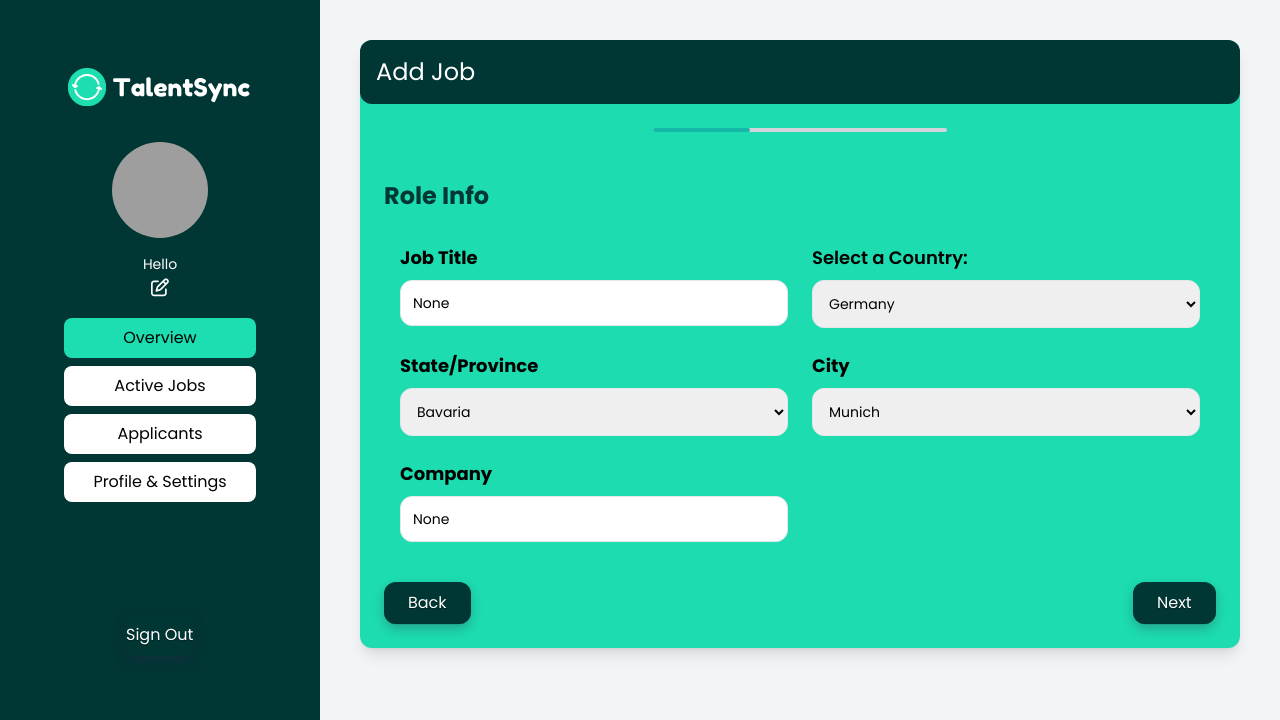
Repository: AbdullahScriptStudio/TalentSync
Page: http://localhost/recruiter/create/step1/
An editor plug-in stored every save of this project. The page is shown before and after the next save, followed by the edit.
The browser window is 1280 px wide. The pictures show the whole page.
Pictures or frames that could not be fetched are drawn as grey boxes. Some web libraries are served in a nearby version. The page is served by the project's application, run on Django 5.2 (manage.py). Other server files are loaded and not shown.

Above is the page before, as saved 2025-03-25 16:25:03.

### recruiter/templates/recruiter/job_form_step1.html
<!DOCTYPE html>
<html lang="en">
{% load static %}

<head>
    <meta charset="UTF-8">
    <meta name="viewport" content="width=device-width, initial-scale=1.0">
    <script src="https://cdn.tailwindcss.com"></script>
    <link rel="stylesheet" href="https://cdnjs.cloudflare.com/ajax/libs/font-awesome/6.0.0-beta3/css/all.min.css">
    <title>Overview Dashboard</title>
    <style>
        @import url('https://fonts.googleapis.com/css2?family=Inter:ital,opsz,wght@0,14..32,100..900;1,14..32,100..900&family=Poppins:ital,wght@0,100;0,200;0,300;0,400;0,500;0,600;0,700;0,800;0,900;1,100;1,200;1,300;1,400;1,500;1,600;1,700;1,800;1,900&display=swap');

        body {
            font-family: "Poppins", sans-serif;
            background-color: white;
        }

        button {
            font-size: 18px;
            display: inline-block;
            outline: 0;
            border: 0;
            cursor: pointer;
            will-change: box-shadow, transform;
            background: radial-gradient(100% 100% at 100% 0%, #003634 0%, #003634 100%);
            box-shadow: 0px 0.01em 0.01em rgb(45 35 66 / 40%), 0px 0.3em 0.7em -0.01em rgb(45 35 66 / 30%), inset 0px -0.01em 0px rgb(0 54 52 / 50%);
            padding: 0 2em;
            border-radius: 0.3em;
            color: #fff;
            height: 2.6em;
            text-shadow: 0 1px 0 rgb(0 0 0 / 40%);
            transition: box-shadow 0.15s ease, transform 0.15s ease;
        }

        button:hover {
            box-shadow: 0px 0.1em 0.2em rgb(0 54 52 / 40%), 0px 0.4em 0.7em -0.1em rgb(0 54 52 / 30%), inset 0px -0.1em 0px #003634;
            transform: translateY(-0.1em);
        }

        button:active {
            box-shadow: inset 0px 0.1em 0.6em #003634;
            transform: translateY(0em);
        }
    </style>
</head>

<body class="bg-gray-100">
    <div class="flex min-h-screen">
        <!-- Sidebar -->
        <div class="bg-[#003634] text-white w-1/4 p-6 flex flex-col items-center fixed h-full" style="padding: 4rem;">
            <div class="flex items-center mb-8">
                <img alt="TalentSync logo" class="w-48 h-auto" src="{% static 'images/logo.svg' %}" />
            </div>
            <img alt="Profile picture of John Smith" class="w-24 h-24 rounded-full mb-4" height="100" src="{% static 'images/dog-profile.svg' %}" width="100" />
            <div class="text-center mb-4">
                <p class="text-sm">Hello</p>
                <p class="text-lg">{{ user.first_name }} {{ user.last_name }} <i class="fa-regular fa-pen-to-square"></i></p>
            </div>
            <nav class="flex flex-col w-full">
                <a href="overviewDashboard.html" class="bg-[#1cdeb0] text-white py-2 px-4 rounded mb-2" style="border-radius: 0.5rem;color: rgb(0 0 0); text-align: center;">Overview</a>
                <a href="aciveJobsDashboard.html" class="bg-white text-teal-900 py-2 px-4 rounded mb-2" style="border-radius: 0.5rem;color: rgb(0 0 0); text-align: center;">Active Jobs</a>
                <a href="applicantsDashboard.html" class="bg-white text-teal-900 py-2 px-4 rounded mb-2" style="border-radius: 0.5rem;color: rgb(0 0 0); text-align: center;">Applicants</a>
                <a href="#" class="bg-white text-teal-900 py-2 px-4 rounded mb-2" style="border-radius: 0.5rem;color: rgb(0 0 0); text-align: center;">Profile &amp; Settings</a>
            </nav>
            <button class="mt-auto text-white">Sign Out</button>
        </div>

        <!-- Main Content -->
        <div class="flex-1 p-10 ml-[25%] overflow-y-auto">
            <div class="bg-[#1dddb0] rounded-xl shadow-lg">
                <div>
                    <h2 class="bg-[#003634] text-white font-normal text-2xl mb-6 p-4 rounded-xl">Add Job</h2>
                </div>

                <!-- Progress Bar -->
                <div class="flex justify-center mb-6">
                    <div class="w-1/3 h-1 bg-gray-300 rounded-full">
                        <div class="h-full bg-teal-500 rounded-full" style="width: 33%;"></div> <!-- 33% for step 1 -->
                    </div>
                </div>

                <div class="p-6">
                    <h3 class="text-2xl font-bold text-[#003634] mb-4">Role Info</h3>
                    <form method="POST">
                        {% csrf_token %}
                        <div class="grid grid-cols-1 md:grid-cols-2 gap-6 p-4">
                            <div>
                                <label class="block text-lg font-bold mb-2">Job Title</label>
                                <input class="w-full p-3 text-sm border rounded-xl focus:outline-none focus:ring-2 focus:ring-teal-500" type="text" name="title" placeholder="Enter Job Title" value="{{ form.title.value }}" required />
                            </div>
                            <div>
                                <label class="block text-lg font-semibold mb-2">Select a Country:</label>
                                <select class="w-full p-3 text-sm border rounded-xl focus:outline-none focus:ring-2 focus:ring-teal-500" name="country" required>
                                    <option value="DE" selected>Germany</option>
                                </select>
                            </div>
                            <div>
                                <label for="states" class="block text-lg font-bold mb-2">State/Province</label>
                                <select class="w-full p-3 text-sm border rounded-xl focus:outline-none focus:ring-2 focus:ring-teal-500" name="state_province" required>
                                    <option value="Bavaria">Bavaria</option>
                                    <option value="Berlin">Berlin</option>
                                    <!-- Add more states -->
                                </select>
                            </div>
                            <div>
                                <label for="cities" class="block text-lg font-bold mb-2">City</label>
                                <select class="w-full p-3 text-sm border rounded-xl focus:outline-none focus:ring-2 focus:ring-teal-500" name="city" required>
                                    <option value="Munich">Munich</option>
                                    <option value="Berlin">Berlin</option>
                                    <!-- Add more cities -->
                                </select>
                            </div>
                            <div>
                                <label class="block text-lg font-bold mb-2">Company</label>
                                <input class="w-full p-3 text-sm border rounded-xl focus:outline-none focus:ring-2 focus:ring-teal-500" type="text" name="company" placeholder="Enter Company Name" value="{{ form.company.value }}" required />
                            </div>
                        </div>

                        <div class="flex justify-between mt-6">
                            <button class="bg-[#003634] text-white py-2 px-6 rounded-xl" type="button" onclick="window.location.href='/create/step0'">Back</button>
                            <button class="bg-[#003634] text-white py-2 px-6 rounded-xl" type="submit">Next</button>
                        </div>
                    </form>
                </div>
            </div>
        </div>
    </div>
</body>

</html>

### recruiter/forms.py
from django import forms

class JobPostFormStep1(forms.Form):
    title = forms.CharField(max_length=255, required=True, widget=forms.TextInput(attrs={'placeholder': 'Enter Job Title'}))
    company = forms.CharField(max_length=255, required=True, widget=forms.TextInput(attrs={'placeholder': 'Enter Company Name'}))
    country = forms.ChoiceField(choices=[('DE', 'Germany')], required=True)
    state_province = forms.ChoiceField(choices=[('Bavaria', 'Bavaria'), ('Berlin', 'Berlin')], required=True)
    city = forms.ChoiceField(choices=[('Munich', 'Munich'), ('Berlin', 'Berlin')], required=True)




class JobPostFormStep2(forms.Form):
    JOB_TYPES = [
        ('full_time', 'Full-time'),
        ('part_time', 'Part-time'),
        ('contract', 'Contract'),
        ('freelance', 'Freelance'),
        ('temporary', 'Temporary'),
    ]

    SALARY_CURRENCY_CHOICES = [
        ('EUR', 'Euro (EUR)'),
        ('USD', 'United States Dollar (USD)'),
        ('GBP', 'British Pound (GBP)'),
        ('AUD', 'Australian Dollar (AUD)'),
        ('CAD', 'Canadian Dollar (CAD)'),
    ]

    job_type = forms.ChoiceField(choices=JOB_TYPES)
    min_experience = forms.IntegerField(min_value=0)
    max_experience = forms.IntegerField(min_value=0)
    min_salary = forms.DecimalField(max_digits=10, decimal_places=2)
    max_salary = forms.DecimalField(max_digits=10, decimal_places=2)
    salary_currency = forms.ChoiceField(choices=SALARY_CURRENCY_CHOICES)
    skills_required = forms.CharField(max_length=500)  # Comma separated skills
    department = forms.CharField(max_length=100)
    job_status = forms.ChoiceField(choices=[('open', 'Open'), ('closed', 'Closed'), ('paused', 'Paused')])
    is_remote = forms.BooleanField(required=False)



class JobPostFormStep3(forms.Form):
    job_description = forms.CharField(
        widget=forms.Textarea(attrs={'class': 'w-full p-3 text-sm border rounded-xl', 'placeholder': 'Enter the job description here...'}),
        required=True,
        error_messages={'required': 'Job description is required!'}
    )

### recruiter/views.py
from django.shortcuts import render, redirect
from .models import JobPost
#from .forms import JobPostForm  # We'll create this form next
from .forms import JobPostFormStep1, JobPostFormStep2, JobPostFormStep3




# View to list all job posts
def job_list(request):
    job_posts = JobPost.objects.all()
    return render(request, 'recruiter/job_list.html', {'job_posts': job_posts})

# View to show details of a single job post
def job_detail(request, pk):
    job_post = JobPost.objects.get(pk=pk)
    return render(request, 'recruiter/job_detail.html', {'job_post': job_post})

# View to create a new job post
def job_create_step1(request):
    if request.method == 'POST':
        form = JobPostFormStep1(request.POST)
        if form.is_valid():
            # Save the form data in session
            request.session['job_title'] = form.cleaned_data['title']
            request.session['company'] = form.cleaned_data['company']
            request.session['country'] = form.cleaned_data['country']
            request.session['state_province'] = form.cleaned_data['state_province']
            request.session['city'] = form.cleaned_data['city']

            return redirect('job_create_step2')  # Proceed to next step
    else:
        form = JobPostFormStep1()

    return render(request, 'recruiter/job_form_step1.html', {'form': form})




def job_create_step2(request):
    if request.method == 'POST':
        form = JobPostFormStep2(request.POST)
        if form.is_valid():
            # Save form data in session
            request.session['job_type'] = form.cleaned_data['job_type']
            request.session['min_experience'] = form.cleaned_data['min_experience']
            request.session['max_experience'] = form.cleaned_data['max_experience']
            request.session['min_salary'] = form.cleaned_data['min_salary']
            request.session['max_salary'] = form.cleaned_data['max_salary']
            request.session['salary_currency'] = form.cleaned_data['salary_currency']
            request.session['skills_required'] = form.cleaned_data['skills_required']
            request.session['department'] = form.cleaned_data['department']
            request.session['job_status'] = form.cleaned_data['job_status']
            request.session['is_remote'] = form.cleaned_data['is_remote']

            return redirect('job_create_step3')  # Go to next step
    else:
        form = JobPostFormStep2()

    return render(request, 'recruiter/job_form_step2.html', {'form': form})



def job_create_step3(request):
    if request.method == 'POST':
        form = JobPostFormStep3(request.POST)
        if form.is_valid():
            # Collect data from session (Step 1, Step 2, and Step 3)
            title = request.session.get('title', '')
            company = request.session.get('company', '')
            country = request.session.get('country', 'DE')
            state_province = request.session.get('state_province', 'Bavaria')
            city = request.session.get('city', 'Munich')
            job_type = request.session.get('job_type', 'full_time')
            department = request.session.get('department', '')
            min_experience = request.session.get('min_experience', 0)
            max_experience = request.session.get('max_experience', 0)
            min_salary = request.session.get('min_salary', 0.0)
            max_salary = request.session.get('max_salary', 0.0)
            salary_currency = request.session.get('salary_currency', 'EUR')
            skills_required = request.session.get('skills_required', '')
            job_description = form.cleaned_data['job_description']
            job_status = request.session.get('job_status', 'open')  # This was collected in Step 2

            # Save the data to the database
            job_post = JobPost(
                title=title,
                company=company,
                country=country,
                state_province=state_province,
                city=city,
                job_type=job_type,
                department=department,
                min_experience=min_experience,
                max_experience=max_experience,
                min_salary=min_salary,
                max_salary=max_salary,
                salary_currency=salary_currency,
                skills_required=skills_required,
                job_description=job_description,
                status=job_status
            )
            job_post.save()

            # Optionally, you can clear session data if not needed anymore
            request.session.flush()

            # Redirect to a summary or success page
            return redirect('job_create_summary')  # This is a hypothetical summary page
    else:
        form = JobPostFormStep3()

    return render(request, 'recruiter/job_form_step3.html', {'form': form})

### talentsync/urls.py
"""
URL configuration for talentsync project.

The `urlpatterns` list routes URLs to views. For more information please see:
    https://docs.djangoproject.com/en/5.1/topics/http/urls/
Examples:
Function views
    1. Add an import:  from my_app import views
    2. Add a URL to urlpatterns:  path('', views.home, name='home')
Class-based views
    1. Add an import:  from other_app.views import Home
    2. Add a URL to urlpatterns:  path('', Home.as_view(), name='home')
Including another URLconf
    1. Import the include() function: from django.urls import include, path
    2. Add a URL to urlpatterns:  path('blog/', include('blog.urls'))
"""
from django.contrib import admin
from django.urls import path, include
from django.conf import settings
from django.conf.urls.static import static

urlpatterns = [
    path('admin/', admin.site.urls),
    path('recruiter/', include('recruiter.urls')),
    #path('applicant/', include('applicant.urls')),
]


if settings.DEBUG:
    urlpatterns += static(settings.MEDIA_URL, document_root=settings.MEDIA_ROOT)

### recruiter/urls.py
from django.urls import path
from . import views
from django.conf.urls.static import static
from django.conf import settings



urlpatterns = [


    #adding new job
    path('create/step1/', views.job_create_step1, name='job_create_step1'),
    path('create/step2/', views.job_create_step2, name='job_create_step2'),
    path('create/step3/', views.job_create_step3, name='job_create_step3'),
]



if settings.DEBUG:
    urlpatterns += static(settings.MEDIA_URL, document_root=settings.MEDIA_ROOT)

Loaded but not shown: static/images/logo.svg (1 lines, source omitted)

After the next save:
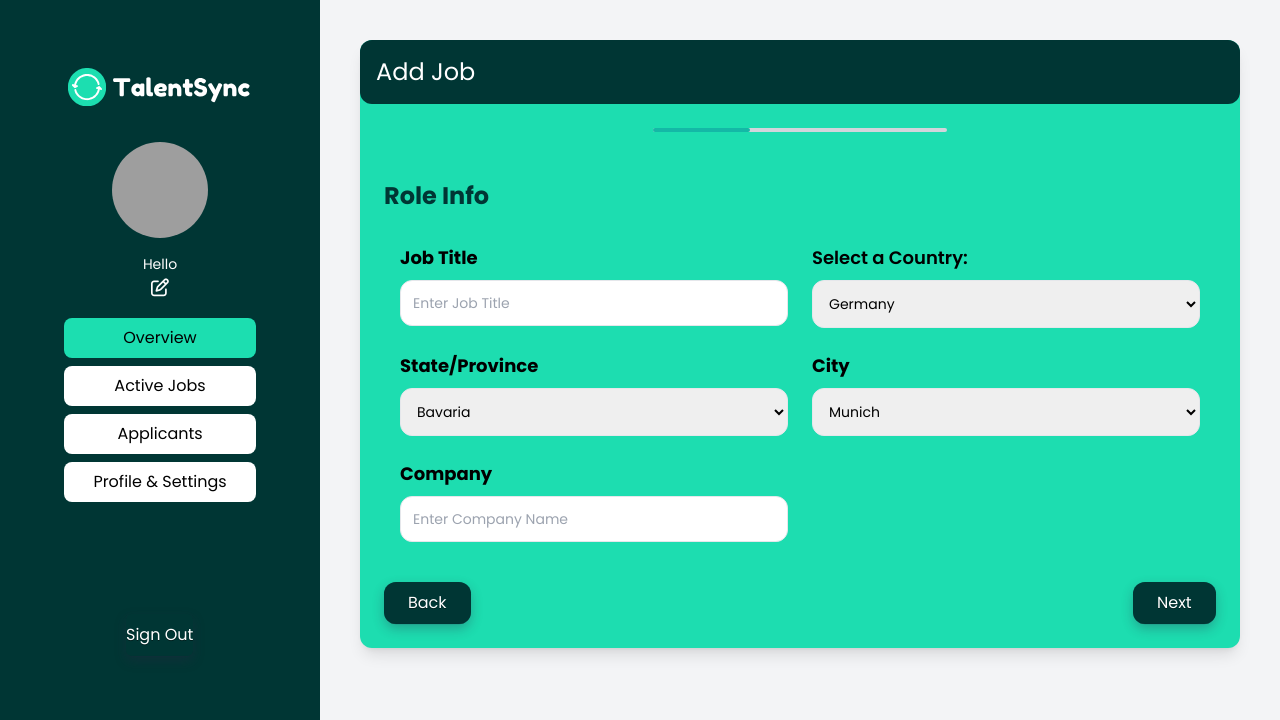
Saved 84 s later.
--- a/recruiter/templates/recruiter/job_form_step1.html
+++ b/recruiter/templates/recruiter/job_form_step1.html
@@ -87,7 +87,7 @@
                         <div class="grid grid-cols-1 md:grid-cols-2 gap-6 p-4">
                             <div>
                                 <label class="block text-lg font-bold mb-2">Job Title</label>
-                                <input class="w-full p-3 text-sm border rounded-xl focus:outline-none focus:ring-2 focus:ring-teal-500" type="text" name="title" placeholder="Enter Job Title" value="{{ form.title.value }}" required />
+                                <input class="w-full p-3 text-sm border rounded-xl focus:outline-none focus:ring-2 focus:ring-teal-500" type="text" name="title" placeholder="Enter Job Title" value="{{ form.title.value|default:'' }}" required />
                             </div>
                             <div>
                                 <label class="block text-lg font-semibold mb-2">Select a Country:</label>
@@ -98,22 +98,22 @@
                             <div>
                                 <label for="states" class="block text-lg font-bold mb-2">State/Province</label>
                                 <select class="w-full p-3 text-sm border rounded-xl focus:outline-none focus:ring-2 focus:ring-teal-500" name="state_province" required>
-                                    <option value="Bavaria">Bavaria</option>
-                                    <option value="Berlin">Berlin</option>
+                                    <option value="Bavaria" {% if form.state_province.value == "Bavaria" %}selected{% endif %}>Bavaria</option>
+                                    <option value="Berlin" {% if form.state_province.value == "Berlin" %}selected{% endif %}>Berlin</option>
                                     <!-- Add more states -->
                                 </select>
                             </div>
                             <div>
                                 <label for="cities" class="block text-lg font-bold mb-2">City</label>
                                 <select class="w-full p-3 text-sm border rounded-xl focus:outline-none focus:ring-2 focus:ring-teal-500" name="city" required>
-                                    <option value="Munich">Munich</option>
-                                    <option value="Berlin">Berlin</option>
+                                    <option value="Munich" {% if form.city.value == "Munich" %}selected{% endif %}>Munich</option>
+                                    <option value="Berlin" {% if form.city.value == "Berlin" %}selected{% endif %}>Berlin</option>
                                     <!-- Add more cities -->
                                 </select>
                             </div>
                             <div>
                                 <label class="block text-lg font-bold mb-2">Company</label>
-                                <input class="w-full p-3 text-sm border rounded-xl focus:outline-none focus:ring-2 focus:ring-teal-500" type="text" name="company" placeholder="Enter Company Name" value="{{ form.company.value }}" required />
+                                <input class="w-full p-3 text-sm border rounded-xl focus:outline-none focus:ring-2 focus:ring-teal-500" type="text" name="company" placeholder="Enter Company Name" value="{{ form.company.value|default:'' }}" required />
                             </div>
                         </div>
 
